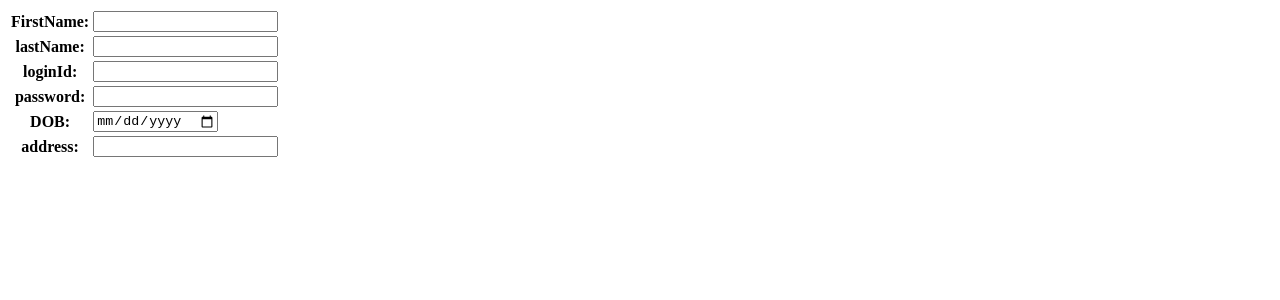
Repository: vikash9562/AdvanceJava
Page: http://localhost/DynamicProject/UserRegistration.jsp
An editor plug-in stored every save of this project. The page is shown before and after the next save, followed by the edit.
The browser window is 1280 px wide. The pictures show the whole page.
The page is served by Tomcat 9.

Above is the page before, as saved 2023-08-14 08:48:16.

After the next save:
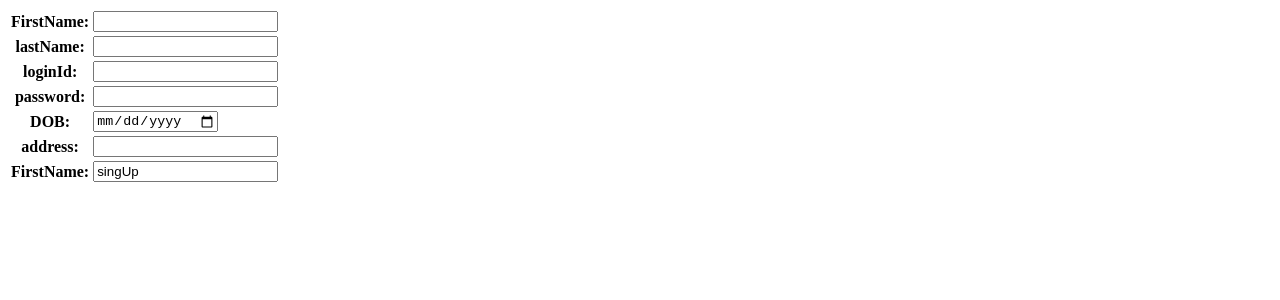
Saved 50 s later.
--- a/advance java/DynamicProject/WebContent/UserRegistration.jsp
+++ b/advance java/DynamicProject/WebContent/UserRegistration.jsp
@@ -39,6 +39,11 @@
 								<td><Input type="text"name="address"></td>
 							</tr>
 
+							<tr>
+								<th> FirstName:</th>
+								<td><Input type="text"value="singUp"></td>
+							</tr>
+
 					</table>
 		</form>
 </body>

After the save that followed:
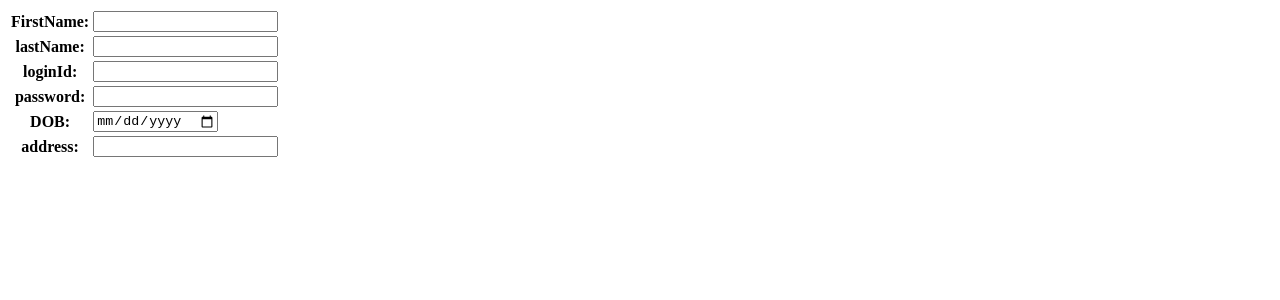
Saved 39 s later.
--- a/advance java/DynamicProject/WebContent/UserRegistration.jsp
+++ b/advance java/DynamicProject/WebContent/UserRegistration.jsp
@@ -39,10 +39,6 @@
 								<td><Input type="text"name="address"></td>
 							</tr>
 
-							<tr>
-								<th> FirstName:</th>
-								<td><Input type="text"value="singUp"></td>
-							</tr>
 
 					</table>
 		</form>
